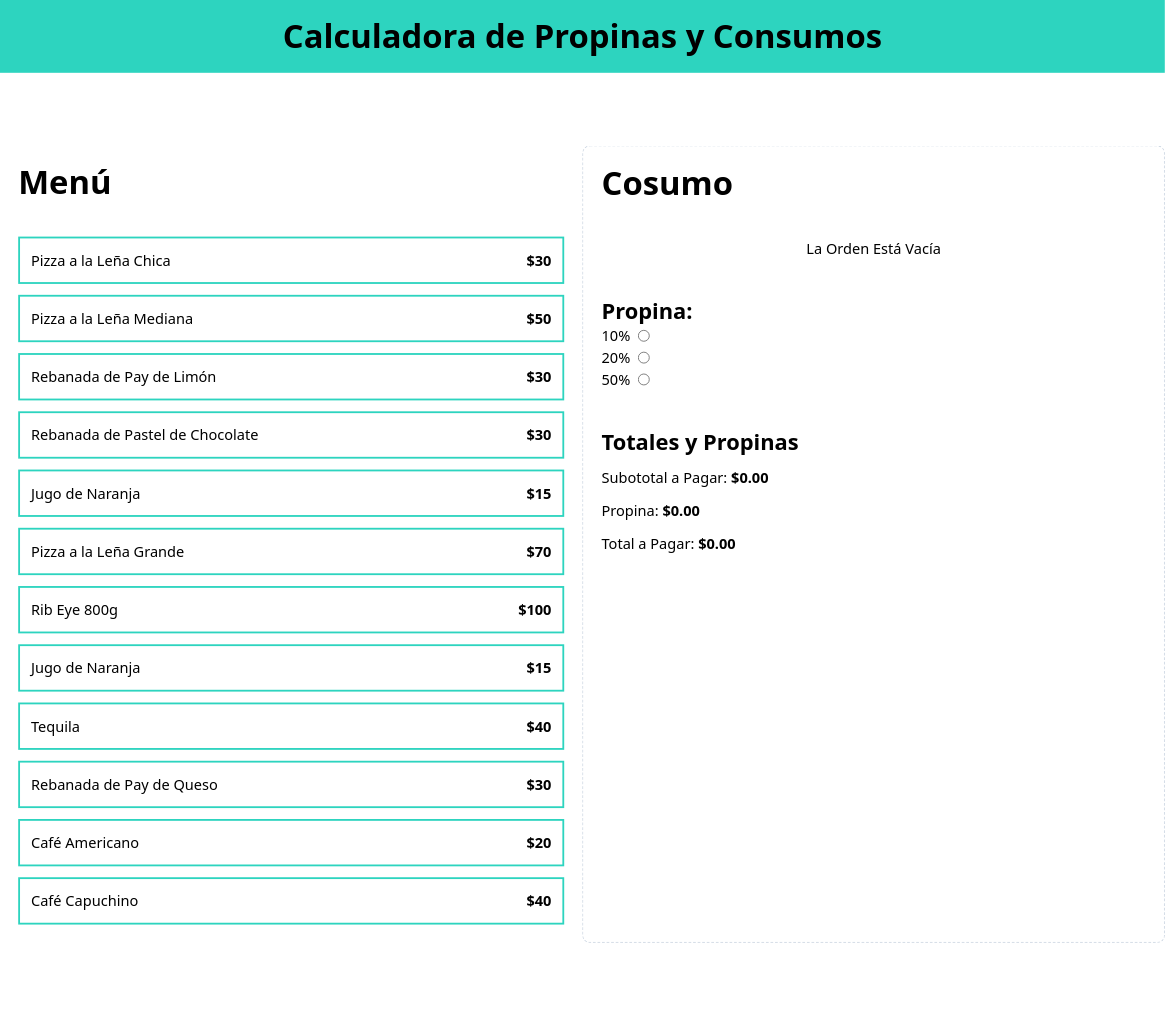
Repository: Matiiu/tip-calculator
Page: /
These files come from the project's save history. The page is drawn as it stood at one moment and after the next save; the edit follows.
The browser window is 1280 px wide. The pictures show the whole page, at 91% of full size.
The project was rebuilt for these pictures with package versions that can differ from the ones it lists, and the page was loaded fresh each time. Also part of the build but not shown: vite.config.ts. Imported but missing from the stored project, and not drawn on this page: .history/src/helpers/index_20240329155241.

Above is the page before, as saved 2024-03-30 14:16:50.

After the next save:
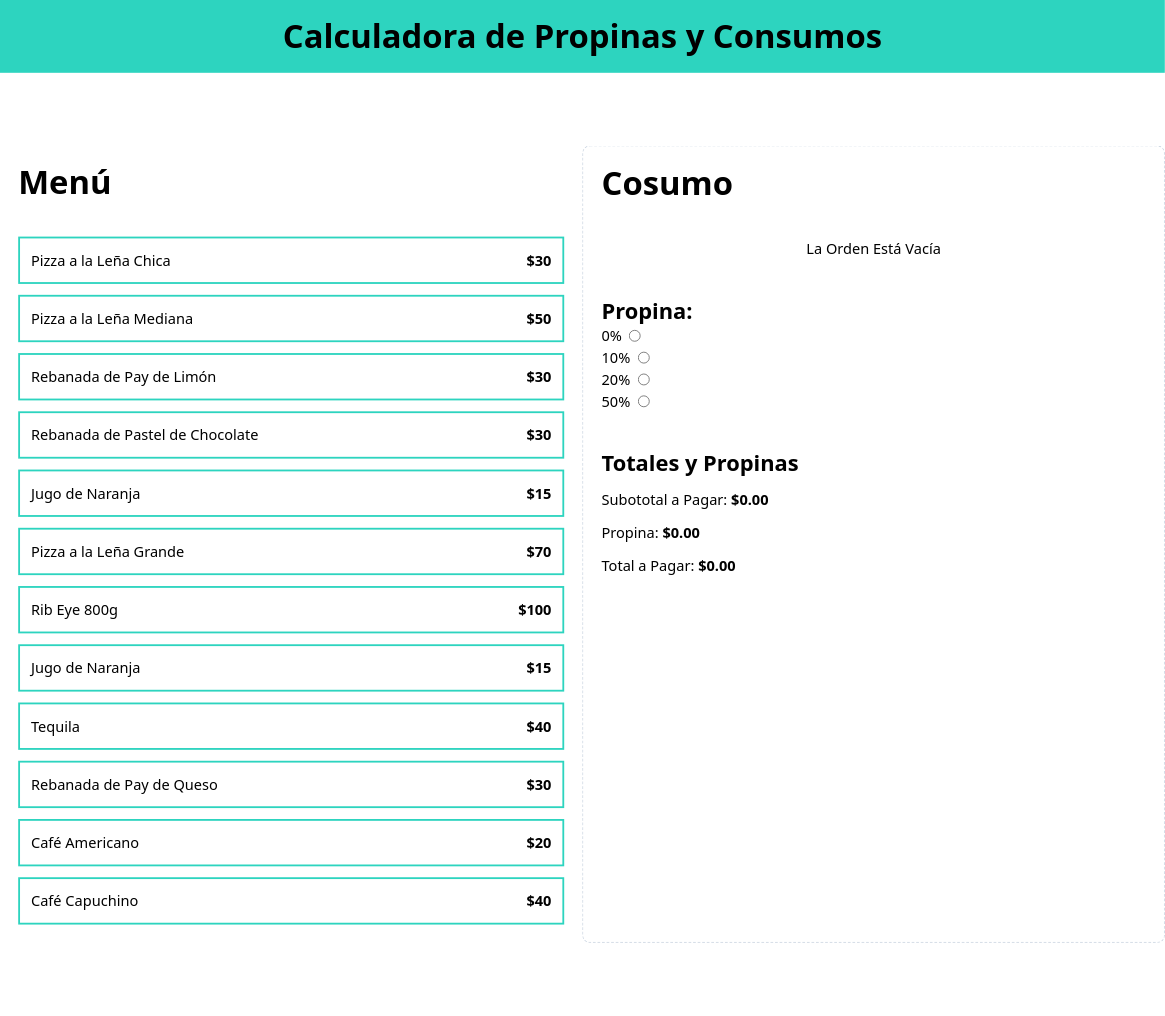
Saved 3 min 2 s later.
--- a/src/components/TipPorcentageForm.tsx
+++ b/src/components/TipPorcentageForm.tsx
@@ -1,4 +1,9 @@
 const tipOptions = [
+{
+    id: "tip-0",
+    value: 0,
+    label: "0%",
+},
   {
     id: "tip-10",
     value: 0.1,
@@ -30,11 +35,11 @@ export default function TipPorcentageForm({ setTip }: TipPorcentageFormProps) {
           <div key={tip.id} className="flex gap-2">
             <label htmlFor={tip.id}>{tip.label}</label>
             <input
-                onChange={(e) => setTip(Number(e.target.value))}
-                id={tip.id}
-                type="radio"
-                name="tip"
-                value={tip.value}
+              onChange={(e) => setTip(Number(e.target.value))}
+              id={tip.id}
+              type="radio"
+              name="tip"
+              value={tip.value}
             />
           </div>
         ))}
